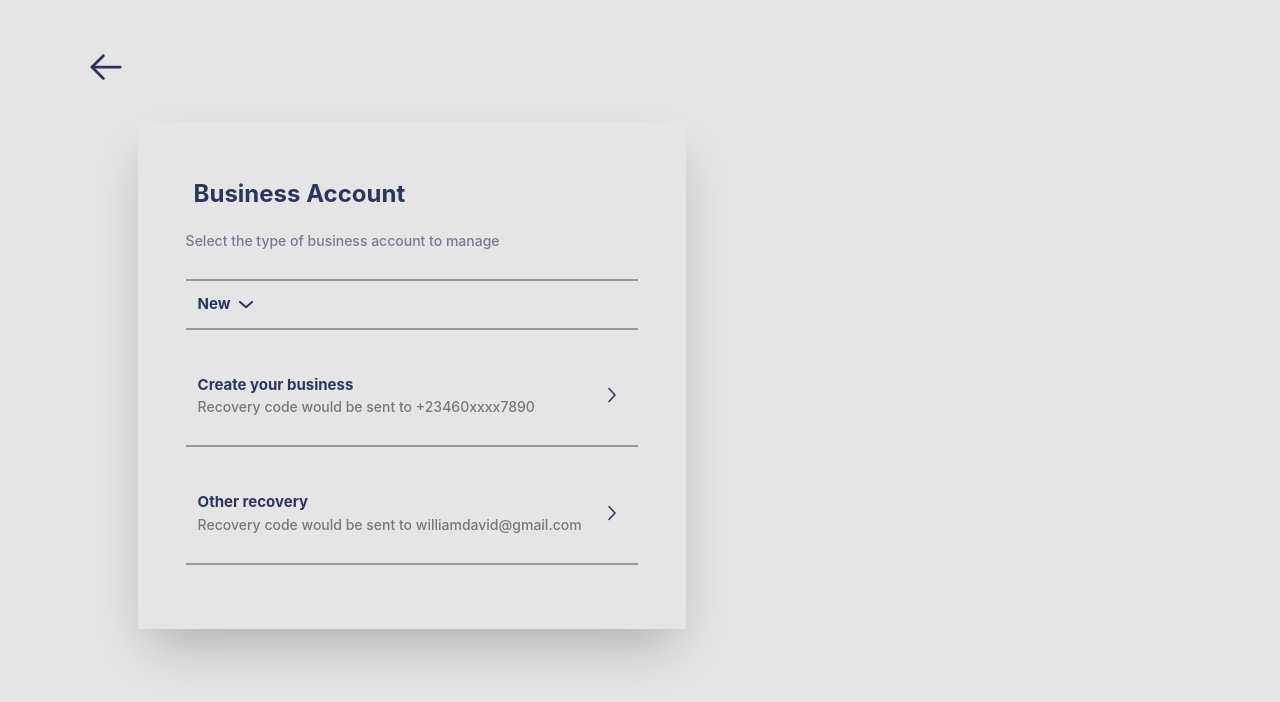
Repository: Osomhe1/findme_task
Page: /account
An editor plug-in stored every save of this project. The page is shown before and after the next save, followed by the edit.
The browser window is 1280 px wide. The pictures show the whole page.
The project was rebuilt for these pictures with package versions that can differ from the ones it lists, and the page was loaded fresh each time. Also part of the build but not shown: src/component/Clip.css, src/component/Logo.js, src/component/Drag.js, src/component/Memories.js, src/component/Publish.js, src/component/Insight.js, src/component/User.js, src/component/Clip.js and 20 more.

Above is the page before, as saved 2023-04-10 09:23:22.

### src/index.css
body {
  margin: 0;
  font-family: Mulish, -apple-system, BlinkMacSystemFont, 'Segoe UI', 'Roboto', 'Oxygen',
    'Ubuntu', 'Cantarell', 'Fira Sans', 'Droid Sans', 'Helvetica Neue',
    sans-serif;
  -webkit-font-smoothing: antialiased;
  -moz-osx-font-smoothing: grayscale;
  background-color: #E5E5E5;
}

code {
  font-family: source-code-pro, Menlo, Monaco, Consolas, 'Courier New',
    monospace;
}

.category_wrapper::-webkit-scrollbar { display: none;}
/* Hide scrollbar for IE, Edge and Firefox /.category_wrapper { -ms-overflow-style: none; / IE and Edge / scrollbar-width: none; / Firefox } */

/* @tailwind base;
@tailwind components;
@tailwind utilities; */
@tailwind base;
@tailwind components;
@tailwind utilities;



/* @import "tailwindcss/base";
@import "tailwindcss/components";
@import "tailwindcss/utilities"; */

### src/App.js
import Home from './component/Home';
import 'tailwindcss/tailwind.css'
import GetStarted from './component/GetStarted';
import {BrowserRouter, Route, Routes} from 'react-router-dom'
import SignUp from './component/auth/SignUp';
import Login from './component/auth/Login';
import Recovery from './component/auth/Recovery'
import PhoneRecovery from './component/auth/PhoneRecovery';
import EmailRecovery from './component/auth/EmailRecovery';
import ForgetPassword from './component/auth/ForgetPassword';
import EmailRecoveryOtp from './component/auth/EmailRecoveryOtp';
import NewPassword from './component/auth/NewPassword';
import Verify from './component/auth/Verification';
import Success from './component/auth/Success';
import Interest from './component/pages/Interest';
import SettingUp from './component/pages/SettingUp';
import Account from './component/pages/Account';


function App() {
  return (
    <div className="App">
      {/* <Home /> */}
      <BrowserRouter>
        <Routes>
          <Route path="/" element={<GetStarted />} />
          <Route path="/dashboard" element={<Home />} />
          <Route path="/signup" element={<SignUp />} />
          <Route path="/login" element={<Login />} />
          <Route path="/recovery" element={<Recovery />} />
          <Route path="/phone-recovery" element={<PhoneRecovery />} />
          <Route path="/email-recovery" element={<EmailRecovery />} />
          <Route path="/email-recovery-otp" element={<EmailRecoveryOtp />} />
          <Route path="/new-password" element={<NewPassword />} />
          <Route path="/verify" element={<Verify />} />
          <Route path="/success" element={<Success />} />
          <Route path="/forget-password" element={<ForgetPassword />} />
          <Route path="/interest" element={<Interest />} />
          <Route path="/setting-up" element={<SettingUp />} />
          <Route path="/account" element={<Account />} />
        </Routes>
      </BrowserRouter>
    </div>
  )
}

export default App;

### src/component/pages/Account.js
import { Link } from 'react-router-dom'

export default function Account() {
  return (
    <div>
      <section className="p-3">
        <div className=" px-8 md:p-8 md:mx-10  ">
          <Link to="/">
            <svg
              width="46"
              height="46"
              viewBox="0 0 46 46"
              fill="none"
              xmlns="http://www.w3.org/2000/svg"
            >
              <path
                d="M37.6064 23.0769C37.6064 23.7909 37.0759 24.3809 36.3876 24.4743L36.1962 24.4871L7.99226 24.4871C7.21342 24.4871 6.58206 23.8558 6.58206 23.0769C6.58206 22.363 7.11258 21.773 7.8009 21.6796L7.99226 21.6667L36.1962 21.6667C36.9751 21.6667 37.6064 22.2981 37.6064 23.0769Z"
                fill="#2B365A"
              />
              <path
                d="M20.3622 33.4061C20.9141 33.9556 20.916 34.8485 20.3665 35.4004C19.8669 35.9021 19.0835 35.9493 18.5306 35.5409L18.3721 35.4047L6.99652 24.078C6.4933 23.5769 6.44752 22.7907 6.85921 22.2378L6.99644 22.0794L18.372 10.7508C18.9239 10.2012 19.8168 10.2031 20.3664 10.7549C20.866 11.2566 20.9099 12.0402 20.4991 12.5914L20.3622 12.7493L9.99063 23.0792L20.3622 33.4061Z"
                fill="#2B365A"
              />
            </svg>
          </Link>
        </div>
        <div className="flex flex-wrap justify-between gap-2 items-center md:w-[80%] m-auto ">
          <div className="md:shadow-2xl text-cente md:p-12 w-ful   lg:block  pb-20 ">
            <div className=" text-cente ">
              <h1 className="text-[#2B365A] font-bold text-2xl p-2 ">
                Business Account
              </h1>
              <p className="font-medium text-[14px] text-[#2B365A] py-3 opacity-60 ">
                Select the type of business account to manage
              </p>
            </div>

            <div className="">
              <div className="flex gap-4 items-center justify-between w-full border-[#999999] p-3 my-4 border-b-2 border-t-2 ">
                <Link to="/email-recovery">
                  <div className=" flex gap-2 items-center">
                    <h1 className="text-[#2B365A] font-bold text-[15px] ">
                      New
                    </h1>
                    <div className="">
                      <svg
                        width="14"
                        height="9"
                        viewBox="0 0 14 9"
                        fill="none"
                        xmlns="http://www.w3.org/2000/svg"
                      >
                        <path
                          d="M1 1.92578L7 7.25346L13 1.92578"
                          stroke="#2B365A"
                          stroke-width="2"
                          stroke-linecap="round"
                          stroke-linejoin="round"
                        />
                      </svg>
                    </div>
                  </div>
                </Link>
              </div>
              <div className="flex gap-4 items-center justify-between w-full border-[#999999] p-3 my-4 border-b-2  ">
                <Link to="/phone-recovery">
                  <div className="py-4">
                    <h1 className="text-[#2B365A] font-bold text-[15px] ">
                      Create your business
                    </h1>
                    <p className="text-[#787878] text-[14px] font-medium ">
                      Recovery code would be sent to +23460xxxx7890
                    </p>
                  </div>
                </Link>
                <div className="">
                  <svg
                    width="28"
                    height="30"
                    viewBox="0 0 28 30"
                    fill="none"
                    xmlns="http://www.w3.org/2000/svg"
                  >
                    <path
                      d="M11 21.4284L17 14.9999L11 8.57129"
                      stroke="#2B365A"
                      stroke-width="1.5"
                      stroke-linecap="round"
                      stroke-linejoin="round"
                    />
                  </svg>
                </div>
              </div>
              <div className="flex gap-4 items-center justify-between w-full border-[#999999] p-3 my-4 border-b-2  ">
                <div className="py-4">
                  <h1 className="text-[#2B365A] font-bold text-[15px] ">
                    Other recovery
                  </h1>
                  <p className="text-[#787878] text-[14px] font-medium ">
                    Recovery code would be sent to williamdavid@gmail.com
                  </p>
                </div>
                <div className="">
                  <svg
                    width="28"
                    height="30"
                    viewBox="0 0 28 30"
                    fill="none"
                    xmlns="http://www.w3.org/2000/svg"
                  >
                    <path
                      d="M11 21.4284L17 14.9999L11 8.57129"
                      stroke="#2B365A"
                      stroke-width="1.5"
                      stroke-linecap="round"
                      stroke-linejoin="round"
                    />
                  </svg>
                </div>
              </div>
            </div>
          </div>

          <div className="  w-full md:max-w-[500px]   "></div>
        </div>
      </section>
    </div>
  )
}

### src/component/usePagination .js
import { useMemo } from "react"

export const DOTS = (
  <svg
    width="13"
    height="13"
    viewBox="0 0 13 13"
    fill="none"
    xmlns="http://www.w3.org/2000/svg"
  >
    <circle
      cx="6.14991"
      cy="6.14991"
      r="6.14991"
      transform="matrix(1 0 0 -1 0.339844 12.2998)"
      fill="#C4C4C4"
    />
  </svg>
)

export const ActiveDots = <svg width="13" height="13" viewBox="0 0 13 13" fill="none" xmlns="http://www.w3.org/2000/svg">
<circle cx="6.14991" cy="6.14991" r="6.14991" transform="matrix(1 0 0 -1 0 12.2998)" fill="#2B365A"/>
</svg>



export const usePagination = ({ totalCount, pageSize, currentPage, siblingCount=1, }) => {
     const paginationRange = useMemo(() => {
       // Our implementation logic will go here
       const totalPageCount = Math.ceil(totalCount / pageSize)

        const range = (start, end) => {
          let length = end - start + 1
          /*
  	Create an array of certain length and set the elements within it from
    start value to end value.
  */
          return Array.from({ length }, (_, idx) => idx + start)
        }

       // Pages count is determined as siblingCount + firstPage + lastPage + currentPage + 2*DOTS
       const totalPageNumbers = siblingCount + 5

       /*
      Case 1:
      If the number of pages is less than the page numbers we want to show in our
      paginationComponent, we return the range [1..totalPageCount]
    */
       if (totalPageNumbers >= totalPageCount) {
         return range(1, totalPageCount)
       }

       /*
    	Calculate left and right sibling index and make sure they are within range 1 and totalPageCount
    */
       const leftSiblingIndex = Math.max(currentPage - siblingCount, 1)
       const rightSiblingIndex = Math.min(
         currentPage + siblingCount,
         totalPageCount
       )

       /*
      We do not show dots just when there is just one page number to be inserted between the extremes of sibling and the page limits i.e 1 and totalPageCount. Hence we are using leftSiblingIndex > 2 and rightSiblingIndex < totalPageCount - 2
    */
       const shouldShowLeftDots = leftSiblingIndex > 2
       const shouldShowRightDots = rightSiblingIndex < totalPageCount - 2

       const firstPageIndex = 1
       const lastPageIndex = totalPageCount

       /*
    	Case 2: No left dots to show, but rights dots to be shown
    */
       if (!shouldShowLeftDots && shouldShowRightDots) {
         let leftItemCount = 3 + 2 * siblingCount
         let leftRange = range(1, leftItemCount)

         return [...leftRange, DOTS, totalPageCount]
       }

       /*
    	Case 3: No right dots to show, but left dots to be shown
    */
       if (shouldShowLeftDots && !shouldShowRightDots) {
         let rightItemCount = 3 + 2 * siblingCount
         let rightRange = range(
           totalPageCount - rightItemCount + 1,
           totalPageCount
         )
         return [firstPageIndex, DOTS, ...rightRange]
       }

       /*
    	Case 4: Both left and right dots to be shown
    */
       if (shouldShowLeftDots && shouldShowRightDots) {
         let middleRange = range(leftSiblingIndex, rightSiblingIndex)
         return [firstPageIndex, DOTS, ...middleRange, DOTS, lastPageIndex]
       }


     }, [totalCount, pageSize, siblingCount, currentPage])


     return paginationRange
}

Loaded but not shown: public/index.html (common file); src/index.js (common file); src/reportWebVitals.js (common file); tailwind.config.js (common file)

After the next save:
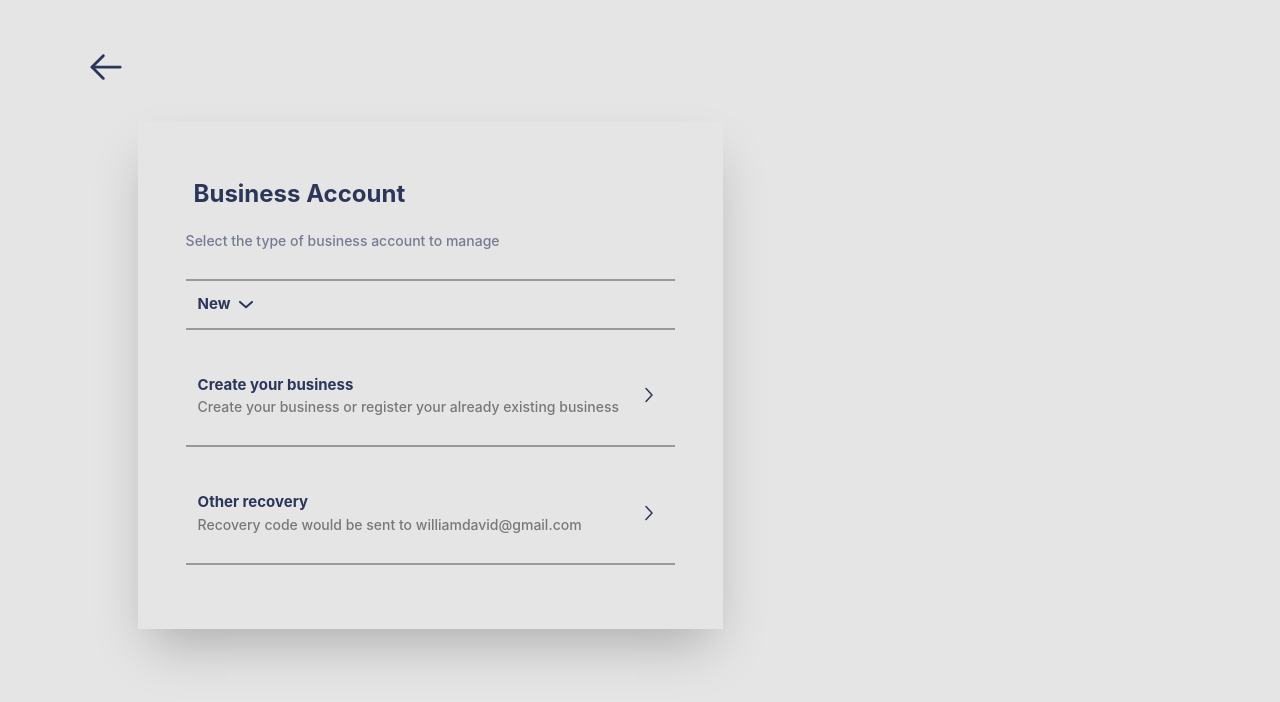
Saved 9 s later.
--- a/src/component/pages/Account.js
+++ b/src/component/pages/Account.js
@@ -69,7 +69,8 @@ export default function Account() {
                       Create your business
                     </h1>
                     <p className="text-[#787878] text-[14px] font-medium ">
-                      Recovery code would be sent to +23460xxxx7890
+                      Create your business or register your already existing
+                      business
                     </p>
                   </div>
                 </Link>
